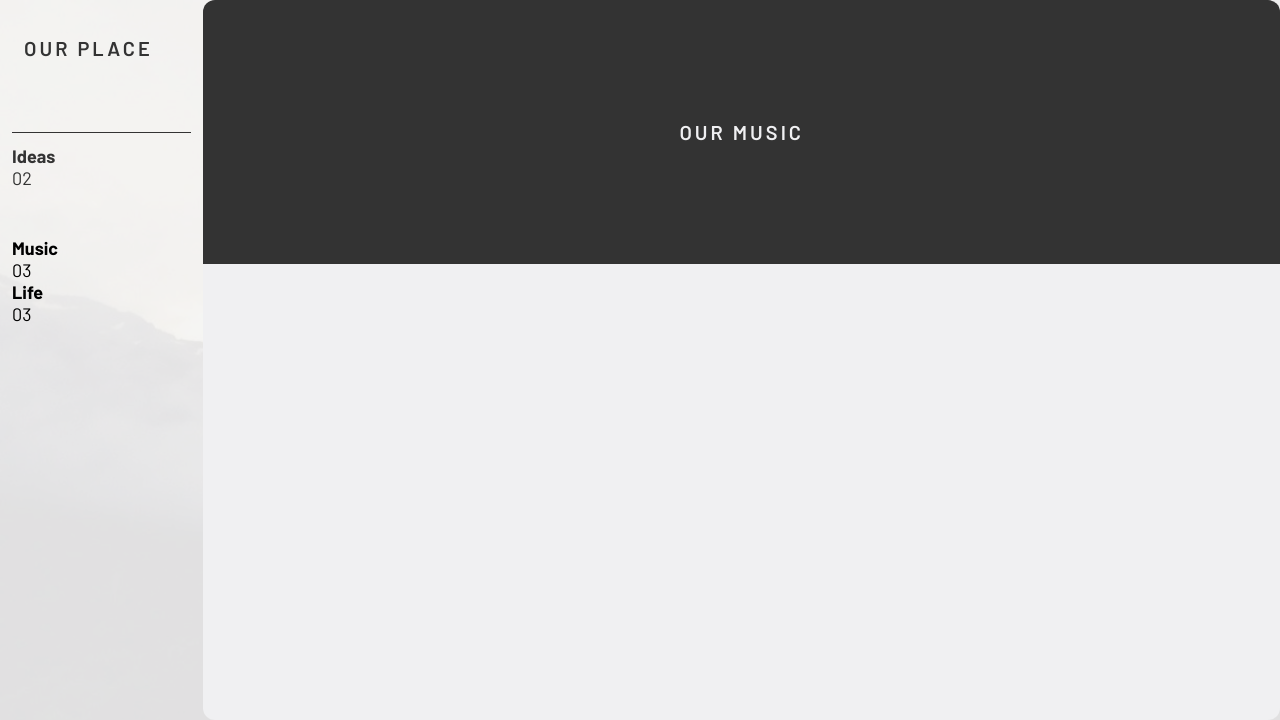
Repository: meghan-kradolfer/our-space-v1
Page: /music
The author's editor kept a copy of each file at every save. The page is drawn from the files as they stood at one save, then again after the next save.
The browser window is 1280 px wide. The pictures show the whole page.
The project was rebuilt for these pictures with package versions that can differ from the ones it lists, and the page was loaded fresh each time. Also part of the build but not shown: src/containers/home/index.js, src/components/footer.js.

Above is the page before, as saved 2017-11-17 20:06:30.

### public/index.html
<!doctype html>
<html lang="en">
<head>
    <meta charSet="utf-8" />
     <meta charset="utf-8">
    <meta name="viewport" content="width=device-width, initial-scale=1, shrink-to-fit=no">
    <meta name="theme-color" content="#000000">

    <title>Our Place</title>

    <link rel="apple-touch-icon" href="%PUBLIC_URL%/favicon.ico"/>
    <link rel="apple-touch-icon" sizes="76x76" href="%PUBLIC_URL%/favicon.ico"/>
    <link rel="apple-touch-icon" sizes="120x120" href="%PUBLIC_URL%/favicon.ico"/>
    <link rel="apple-touch-icon" sizes="152x152" href="%PUBLIC_URL%/favicon.ico"/>
    <link rel="apple-touch-icon" sizes="180x180" href="%PUBLIC_URL%/favicon.ico"/>
    <link rel="icon" sizes="192x192" href="%PUBLIC_URL%/favicon.ico"/>
    <link rel="shortcut icon" sizes="76x76" type="image/x-icon" href="%PUBLIC_URL%/favicon.ico"/>
    <link rel="mask-icon" href="%PUBLIC_URL%/favicon.ico" color="#000000"/>


    <meta name="description" content="Our Place"/>

    <meta property="og:site_name" content="Our Place"/>
    <meta property="og:title" content="Our Place"/>
    <meta property="og:description" content="Our Place"/>
    <meta property="og:type" content="website"/>
    <meta property="og:url" content="#"/>
    <meta property="og:image" content="#"/>
    <meta property="og:locale" content="en_NZ"/>

    <meta name="twitter:title" content="Our Place"/>
    <meta name="twitter:description" content="Our Place"/>
    <meta name="twitter:card" content="summary"/>
    <meta name="twitter:app:name:iphone" content="Our Place"/>
    <meta name="twitter:app:name:ipad" content="Our Place"/>
    <meta name="twitter:app:name:googleplay" content="Our Place"/>

    <link href="https://maxcdn.bootstrapcdn.com/font-awesome/4.7.0/css/font-awesome.min.css" rel="stylesheet" />

   <link href="https://fonts.googleapis.com/css?family=Crimson+Text:400,400i,600,600i,700" rel="stylesheet" />
   <link href="https://fonts.googleapis.com/css?family=Barlow:400,400i,600,600i,700" rel="stylesheet">

</head>
<body>
 <noscript>
      You need to enable JavaScript to run this app.
    </noscript>
<div id="root"></div>
</body>
</html>

### src/index.js
import React from "react";
import ReactDOM from "react-dom";
import { BrowserRouter as Router } from "react-router-dom"
import "./index.css";
import App from "./containers/app"
import registerServiceWorker from "./registerServiceWorker";

ReactDOM.render(<Router><App /></Router>, document.getElementById("root"));
registerServiceWorker();

### src/index.css
@keyframes bubble {
  100% {
    -webkit-transform: translate(-1px, 2px);
    -moz-transform: translate(-1px, 2px);
    -ms-transform: translate(-1px, 2px);
    -o-transform: translate(-1px, 2px);
    transform: translate(-1px, 2px); }
  75% {
    -webkit-transform: translate(3px, -2px);
    -moz-transform: translate(3px, -2px);
    -ms-transform: translate(3px, -2px);
    -o-transform: translate(3px, -2px);
    transform: translate(3px, -2px); }
  50% {
    -webkit-transform: translate(-1px, 1px);
    -moz-transform: translate(-1px, 1px);
    -ms-transform: translate(-1px, 1px);
    -o-transform: translate(-1px, 1px);
    transform: translate(-1px, 1px); }
  25% {
    -webkit-transform: translate(1px, 2px);
    -moz-transform: translate(1px, 2px);
    -ms-transform: translate(1px, 2px);
    -o-transform: translate(1px, 2px);
    transform: translate(1px, 2px); }
  0% {
    -webkit-transform: translate(-1px, -2px);
    -moz-transform: translate(-1px, -2px);
    -ms-transform: translate(-1px, -2px);
    -o-transform: translate(-1px, -2px);
    transform: translate(-1px, -2px); } }

@-webkit-keyframes bubble {
  100% {
    -webkit-transform: translate(-1px, 2px);
    -moz-transform: translate(-1px, 2px);
    -ms-transform: translate(-1px, 2px);
    -o-transform: translate(-1px, 2px);
    transform: translate(-1px, 2px); }
  75% {
    -webkit-transform: translate(3px, -2px);
    -moz-transform: translate(3px, -2px);
    -ms-transform: translate(3px, -2px);
    -o-transform: translate(3px, -2px);
    transform: translate(3px, -2px); }
  50% {
    -webkit-transform: translate(-1px, 1px);
    -moz-transform: translate(-1px, 1px);
    -ms-transform: translate(-1px, 1px);
    -o-transform: translate(-1px, 1px);
    transform: translate(-1px, 1px); }
  25% {
    -webkit-transform: translate(1px, 2px);
    -moz-transform: translate(1px, 2px);
    -ms-transform: translate(1px, 2px);
    -o-transform: translate(1px, 2px);
    transform: translate(1px, 2px); }
  0% {
    -webkit-transform: translate(-1px, -2px);
    -moz-transform: translate(-1px, -2px);
    -ms-transform: translate(-1px, -2px);
    -o-transform: translate(-1px, -2px);
    transform: translate(-1px, -2px); } }

@keyframes bubblebubble {
  50% {
    -webkit-transform: translate(0px, -130px);
    -moz-transform: translate(0px, -130px);
    -ms-transform: translate(0px, -130px);
    -o-transform: translate(0px, -130px);
    transform: translate(0px, -130px);
    opacity: 0; }
  40% {
    -webkit-transform: translate(3px, -90px);
    -moz-transform: translate(3px, -90px);
    -ms-transform: translate(3px, -90px);
    -o-transform: translate(3px, -90px);
    transform: translate(3px, -90px);
    opacity: 0.4; }
  30% {
    -webkit-transform: translate(-3px, -60px);
    -moz-transform: translate(-3px, -60px);
    -ms-transform: translate(-3px, -60px);
    -o-transform: translate(-3px, -60px);
    transform: translate(-3px, -60px);
    opacity: 0.6; }
  100% {
    opacity: 0;
    -webkit-transform: translate(0px, 0px);
    -moz-transform: translate(0px, 0px);
    -ms-transform: translate(0px, 0px);
    -o-transform: translate(0px, 0px);
    transform: translate(0px, 0px); }
  90% {
    -webkit-transform: translate(0px, -130px);
    -moz-transform: translate(0px, -130px);
    -ms-transform: translate(0px, -130px);
    -o-transform: translate(0px, -130px);
    transform: translate(0px, -130px);
    opacity: 0; }
  20% {
    -webkit-transform: translate(4px, -40px);
    -moz-transform: translate(4px, -40px);
    -ms-transform: translate(4px, -40px);
    -o-transform: translate(4px, -40px);
    transform: translate(4px, -40px);
    opacity: 0.7; }
  10% {
    -webkit-transform: translate(-4px, -20px);
    -moz-transform: translate(-4px, -20px);
    -ms-transform: translate(-4px, -20px);
    -o-transform: translate(-4px, -20px);
    transform: translate(-4px, -20px);
    opacity: 0.8; }
  0% {
    -webkit-transform: translate(0px, 0px);
    -moz-transform: translate(0px, 0px);
    -ms-transform: translate(0px, 0px);
    -o-transform: translate(0px, 0px);
    transform: translate(0px, 0px);
    opacity: 0.9; } }

@-webkit-keyframes bubblebubble {
  50% {
    -webkit-transform: translate(0px, -130px);
    -moz-transform: translate(0px, -130px);
    -ms-transform: translate(0px, -130px);
    -o-transform: translate(0px, -130px);
    transform: translate(0px, -130px);
    opacity: 0; }
  40% {
    -webkit-transform: translate(3px, -90px);
    -moz-transform: translate(3px, -90px);
    -ms-transform: translate(3px, -90px);
    -o-transform: translate(3px, -90px);
    transform: translate(3px, -90px);
    opacity: 0.4; }
  30% {
    -webkit-transform: translate(-3px, -60px);
    -moz-transform: translate(-3px, -60px);
    -ms-transform: translate(-3px, -60px);
    -o-transform: translate(-3px, -60px);
    transform: translate(-3px, -60px);
    opacity: 0.6; }
  100% {
    opacity: 0;
    -webkit-transform: translate(0px, 0px);
    -moz-transform: translate(0px, 0px);
    -ms-transform: translate(0px, 0px);
    -o-transform: translate(0px, 0px);
    transform: translate(0px, 0px); }
  90% {
    -webkit-transform: translate(0px, -130px);
    -moz-transform: translate(0px, -130px);
    -ms-transform: translate(0px, -130px);
    -o-transform: translate(0px, -130px);
    transform: translate(0px, -130px);
    opacity: 0; }
  20% {
    -webkit-transform: translate(4px, -40px);
    -moz-transform: translate(4px, -40px);
    -ms-transform: translate(4px, -40px);
    -o-transform: translate(4px, -40px);
    transform: translate(4px, -40px);
    opacity: 0.7; }
  10% {
    -webkit-transform: translate(-4px, -20px);
    -moz-transform: translate(-4px, -20px);
    -ms-transform: translate(-4px, -20px);
    -o-transform: translate(-4px, -20px);
    transform: translate(-4px, -20px);
    opacity: 0.8; }
  0% {
    -webkit-transform: translate(0px, 0px);
    -moz-transform: translate(0px, 0px);
    -ms-transform: translate(0px, 0px);
    -o-transform: translate(0px, 0px);
    transform: translate(0px, 0px);
    opacity: 0.9; } }

/* ==========================================================================
   Normalize.scss settings
   ========================================================================== */
/**
 * Includes legacy browser support IE6/7
 *
 * Set to false if you want to drop support for IE6 and IE7
 */
/* Base
   ========================================================================== */
/**
 * 1. Set default font family to sans-serif.
 * 2. Prevent iOS and IE text size adjust after device orientation change,
 *    without disabling user zoom.
 * 3. Corrects text resizing oddly in IE 6/7 when body `font-size` is set using
 *  `em` units.
 */
html {
  font-family: sans-serif;
  /* 1 */
  -ms-text-size-adjust: 100%;
  /* 2 */
  -webkit-text-size-adjust: 100%;
  /* 2 */ }

/**
 * Remove default margin.
 */
body {
  margin: 0; }

/* HTML5 display definitions
   ========================================================================== */
/**
 * Correct `block` display not defined for any HTML5 element in IE 8/9.
 * Correct `block` display not defined for `details` or `summary` in IE 10/11
 * and Firefox.
 * Correct `block` display not defined for `main` in IE 11.
 */
article,
aside,
details,
figcaption,
figure,
footer,
header,
hgroup,
main,
menu,
nav,
section,
summary {
  display: block; }

/**
 * 1. Correct `inline-block` display not defined in IE 6/7/8/9 and Firefox 3.
 * 2. Normalize vertical alignment of `progress` in Chrome, Firefox, and Opera.
 */
audio,
canvas,
progress,
video {
  display: inline-block;
  /* 1 */
  vertical-align: baseline;
  /* 2 */ }

/**
 * Prevents modern browsers from displaying `audio` without controls.
 * Remove excess height in iOS 5 devices.
 */
audio:not([controls]) {
  display: none;
  height: 0; }

/**
 * Address `[hidden]` styling not present in IE 8/9/10.
 * Hide the `template` element in IE 8/9/10/11, Safari, and Firefox < 22.
 */
[hidden],
template {
  display: none; }

/* Links
   ========================================================================== */
/**
 * Remove the gray background color from active links in IE 10.
 */
a {
  background-color: transparent; }

/**
 * Improve readability of focused elements when they are also in an
 * active/hover state.
 */
a:active, a:hover {
  outline: 0; }

/* Text-level semantics
   ========================================================================== */
/**
 * Address styling not present in IE 8/9/10/11, Safari, and Chrome.
 */
abbr[title] {
  border-bottom: 1px dotted; }

/**
 * Address style set to `bolder` in Firefox 4+, Safari, and Chrome.
 */
b,
strong {
  font-weight: bold; }

/**
 * Address styling not present in Safari and Chrome.
 */
dfn {
  font-style: italic; }

/**
 * Address variable `h1` font-size and margin within `section` and `article`
 * contexts in Firefox 4+, Safari, and Chrome.
 */
h1 {
  font-size: 2em;
  margin: 0.67em 0; }

/**
 * Addresses styling not present in IE 8/9.
 */
mark {
  background: #ff0;
  color: #000; }

/**
 * Address inconsistent and variable font size in all browsers.
 */
small {
  font-size: 80%; }

/**
 * Prevent `sub` and `sup` affecting `line-height` in all browsers.
 */
sub,
sup {
  font-size: 75%;
  line-height: 0;
  position: relative;
  vertical-align: baseline; }

sup {
  top: -0.5em; }

sub {
  bottom: -0.25em; }

/* Embedded content
   ========================================================================== */
/**
 * 1. Remove border when inside `a` element in IE 8/9/10.
 * 2. Improves image quality when scaled in IE 7.
 */
img {
  border: 0; }

/**
 * Correct overflow not hidden in IE 9/10/11.
 */
svg:not(:root) {
  overflow: hidden; }

/* Grouping content
   ========================================================================== */
/**
 * Address margin not present in IE 8/9 and Safari.
 */
figure {
  margin: 1em 40px; }

/**
 * Address differences between Firefox and other browsers.
 */
hr {
  box-sizing: content-box;
  height: 0; }

/**
 * Contain overflow in all browsers.
 */
pre {
  overflow: auto; }

/**
 * Address odd `em`-unit font size rendering in all browsers.
 * Correct font family set oddly in IE 6, Safari 4/5, and Chrome.
 */
code,
kbd,
pre,
samp {
  font-family: monospace, monospace;
  font-size: 1em; }

/* Forms
   ========================================================================== */
/**
 * Known limitation: by default, Chrome and Safari on OS X allow very limited
 * styling of `select`, unless a `border` property is set.
 */
/**
 * 1. Correct color not being inherited.
 *  Known issue: affects color of disabled elements.
 * 2. Correct font properties not being inherited.
 * 3. Address margins set differently in Firefox 4+, Safari, and Chrome.
 * 4. Improves appearance and consistency in all browsers.
 */
button,
input,
optgroup,
select,
textarea {
  color: inherit;
  /* 1 */
  font: inherit;
  /* 2 */
  margin: 0;
  /* 3 */ }

/**
 * Address `overflow` set to `hidden` in IE 8/9/10/11.
 */
button {
  overflow: visible; }

/**
 * Address inconsistent `text-transform` inheritance for `button` and `select`.
 * All other form control elements do not inherit `text-transform` values.
 * Correct `button` style inheritance in Firefox, IE 8/9/10/11, and Opera.
 * Correct `select` style inheritance in Firefox.
 */
button,
select {
  text-transform: none; }

/**
 * 1. Avoid the WebKit bug in Android 4.0.* where (2) destroys native `audio`
 *  and `video` controls.
 * 2. Correct inability to style clickable `input` types in iOS.
 * 3. Improve usability and consistency of cursor style between image-type
 *  `input` and others.
 * 4. Removes inner spacing in IE 7 without affecting normal text inputs.
 *  Known issue: inner spacing remains in IE 6.
 */
button,
html input[type="button"],
input[type="reset"],
input[type="submit"] {
  -webkit-appearance: button;
  /* 2 */
  cursor: pointer;
  /* 3 */ }

/**
 * Re-set default cursor for disabled elements.
 */
button[disabled],
html input[disabled] {
  cursor: default; }

/**
 * Remove inner padding and border in Firefox 4+.
 */
button::-moz-focus-inner,
input::-moz-focus-inner {
  border: 0;
  padding: 0; }

/**
 * Address Firefox 4+ setting `line-height` on `input` using `!important` in
 * the UA stylesheet.
 */
input {
  line-height: normal; }

/**
 * 1. Address box sizing set to `content-box` in IE 8/9/10.
 * 2. Remove excess padding in IE 8/9/10.
 *  Known issue: excess padding remains in IE 6.
 */
input[type="checkbox"],
input[type="radio"] {
  box-sizing: border-box;
  /* 1 */
  padding: 0;
  /* 2 */ }

/**
 * Fix the cursor style for Chrome's increment/decrement buttons. For certain
 * `font-size` values of the `input`, it causes the cursor style of the
 * decrement button to change from `default` to `text`.
 */
input[type="number"]::-webkit-inner-spin-button,
input[type="number"]::-webkit-outer-spin-button {
  height: auto; }

/**
 * 1. Address `appearance` set to `searchfield` in Safari and Chrome.
 * 2. Address `box-sizing` set to `border-box` in Safari and Chrome.
 */
input[type="search"] {
  -webkit-appearance: textfield;
  /* 1 */
  box-sizing: content-box;
  /* 2 */ }

/**
 * Remove inner padding and search cancel button in Safari and Chrome on OS X.
 * Safari (but not Chrome) clips the cancel button when the search input has
 * padding (and `textfield` appearance).
 */
input[type="search"]::-webkit-search-cancel-button,
input[type="search"]::-webkit-search-decoration {
  -webkit-appearance: none; }

/**
 * Define consistent border, margin, and padding.
 */
fieldset {
  border: 1px solid #c0c0c0;
  margin: 0 2px;
  padding: 0.35em 0.625em 0.75em; }

/**
 * 1. Correct `color` not being inherited in IE 8/9/10/11.
 * 2. Remove padding so people aren't caught out if they zero out fieldsets.
 * 3. Corrects text not wrapping in Firefox 3.
 * 4. Corrects alignment displayed oddly in IE 6/7.
 */
legend {
  border: 0;
  /* 1 */
  padding: 0;
  /* 2 */ }

/**
 * Remove default vertical scrollbar in IE 8/9/10/11.
 */
textarea {
  overflow: auto; }

/**
 * Don't inherit the `font-weight` (applied by a rule above).
 * NOTE: the default cannot safely be changed in Chrome and Safari on OS X.
 */
optgroup {
  font-weight: bold; }

/* Tables
   ========================================================================== */
/**
 * Remove most spacing between table cells.
 */
table {
  border-collapse: collapse;
  border-spacing: 0; }

td,
th {
  padding: 0; }

a {
  color: inherit; }

* {
  box-sizing: border-box; }

html,
body {
  height: 100%;
  font-size: 12px; }

html {
  background-image: url("/assets/img/bg.jpg");
  background-size: cover; }

body {
  background-color: rgba(244, 244, 244, 0.9); }

img {
  max-width: 100%; }

.container {
  padding: 0;
  margin: 0;
  list-style: none;
  height: 100vh;
  -ms-box-orient: horizontal;
  display: flex;
  justify-content: space-around;
  flex-flow: row wrap;
  align-items: stretch; }

header {
  flex: 1;
  height: 100vh;
  overflow: scroll; }

main {
  font-family: "Barlow", sans-serif;
  flex: 6;
  height: 100vh;
  background: #F0F0F2;
  overflow: scroll;
  border-radius: 1rem; }

h1 {
  font-weight: 600;
  color: rgba(47, 47, 47, 0.98);
  text-transform: uppercase;
  font-size: 20px;
  letter-spacing: 3px;
  padding: 1rem;
  margin: 0; }

h2 {
  background-color: rgba(47, 47, 47, 0.98);
  font-weight: 600;
  color: #F0F0F2;
  text-transform: uppercase;
  font-size: 20px;
  letter-spacing: 3px;
  padding: 1rem;
  margin: 0; }

a {
  position: relative;
  text-decoration: none;
  color: inherit; }

.row {
  max-width: 80rem;
  margin: 0 auto; }

.col-12, .col-10, .col-9, .col-6, .col-4, .col-3 {
  display: inline-block;
  vertical-align: middle; }

.col-12 {
  width: 100%; }

.col-10 {
  width: 83.3%; }

.col-9 {
  width: 75%; }

.col-6 {
  width: 50%; }

.col-4 {
  width: 33.3%; }

.col-3 {
  width: 25%; }

.top-banner {
  background-color: rgba(47, 47, 47, 0.98); }
  .top-banner h1 {
    color: #F0F0F2;
    padding: 10rem 0;
    text-align: center; }

header {
  font-family: "Barlow", sans-serif;
  padding: 1rem 0;
  font-size: 1.5rem;
  padding: 0 1rem; }
  header .flex-item {
    display: flex;
    flex-direction: column; }
  header .logo {
    font-size: 2rem;
    padding: 2rem 0 5rem 0; }
  header .nav-item {
    flex-direction: column;
    color: rgba(47, 47, 47, 0.98);
    padding: 1rem 0;
    border-top: 1px solid rgba(47, 47, 47, 0.98);
    padding-bottom: 4rem; }
    header .nav-item:hover {
      color: #66857B;
      border-color: #66857B; }
  header strong {
    display: block; }

footer .social {
  text-align: center;
  color: rgba(47, 47, 47, 0.98); }
  footer .social i {
    font-size: 2rem;
    padding: 0 2rem;
    cursor: pointer; }
    footer .social i:hover {
      color: #66857B; }

### src/containers/app/index.js
import React from "react";
import { Route, Link } from "react-router-dom"
import Home from "../home"
import Music from "../music"
import Nav from "../../components/nav"
import Footer from "../../components/footer"
import tracker from "../../utils/google-analytics";


const App = () => (
  <div className="container">
    <Nav>
      <Link to="/" className="nav-item">
        <strong>Ideas</strong>
        02
      </Link>
      <Link to="/music">
        <strong>Music</strong>
        03
      </Link>
      <Link to="/music">
        <strong>Life</strong>
        03
      </Link>
    </Nav>
    <main>
      <Route exact path="/" component={tracker(Home)} />
      <Route exact path="/music" component={tracker(Music)} />
    </main>
  </div>
);

export default App

### src/containers/music/index.js
import React from 'react'

const Music = () => (
  <div className="music">
   <div className="top-banner">
      <h1>Our Music</h1>
   </div>
  </div>
);

export default Music

### src/components/nav.js
import React from "react"
import { Link } from "react-router-dom";

class Nav extends React.Component {
  render() {
    return (
      <header>
        <div className="flex-item logo">
          <Link to="/">
            <h1>Our Place</h1>
          </Link>
        </div>
        <nav className="flex-item">
          {this.props.children}
        </nav>
      </header>
    )
  }
}

export default Nav

### src/utils/google-analytics.js
import React from "react";
import ReactGA from "react-ga";

ReactGA.initialize("UA-107493752-1");

const tracker = (WrappedComponent) => {
  const trackPage = (page) => {
    ReactGA.pageview(page);
  };

  const HOC = (props) => {
    const page = props.location.pathname;
    trackPage(page);

    return (
      <WrappedComponent {...props} />
    );
  };

  return HOC;
};

export default tracker;

Loaded but not shown: src/registerServiceWorker.js (common file)

After the next save:
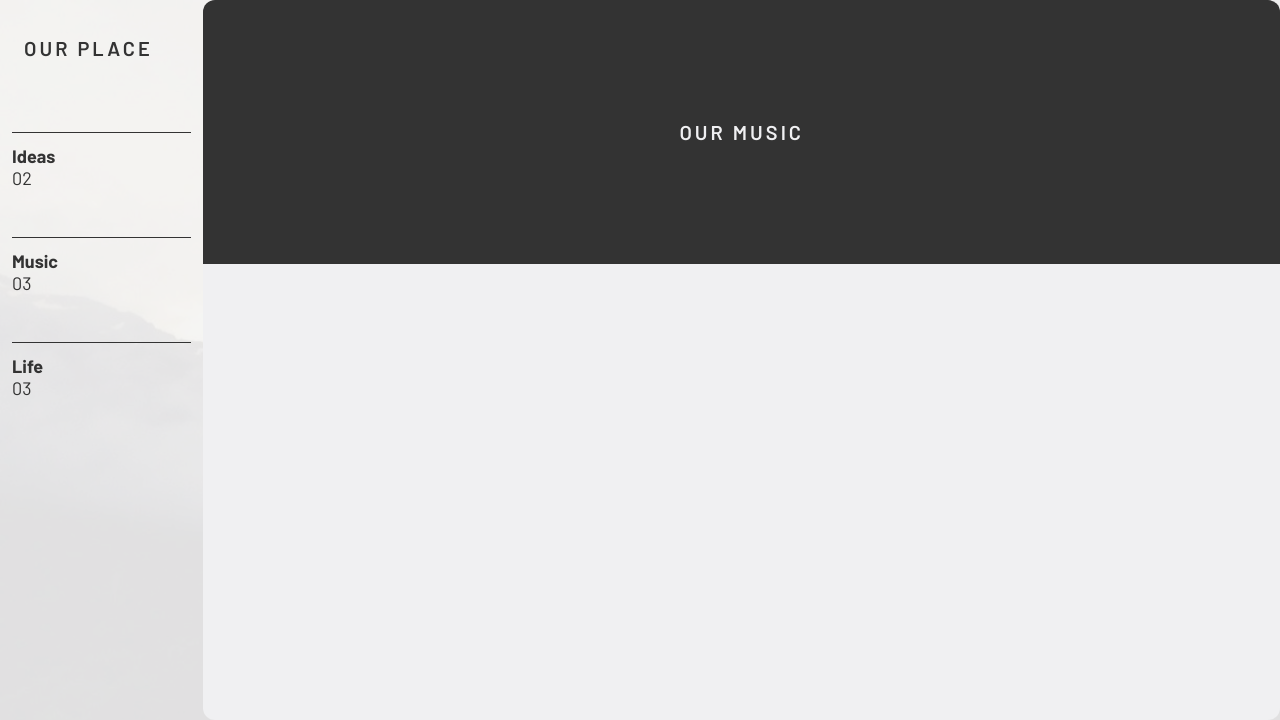
Saved 11 s later.
--- a/src/containers/app/index.js
+++ b/src/containers/app/index.js
@@ -14,11 +14,11 @@ const App = () => (
         <strong>Ideas</strong>
         02
       </Link>
-      <Link to="/music">
+      <Link to="/music" className="nav-item">
         <strong>Music</strong>
         03
       </Link>
-      <Link to="/music">
+      <Link to="/music" className="nav-item">
         <strong>Life</strong>
         03
       </Link>
